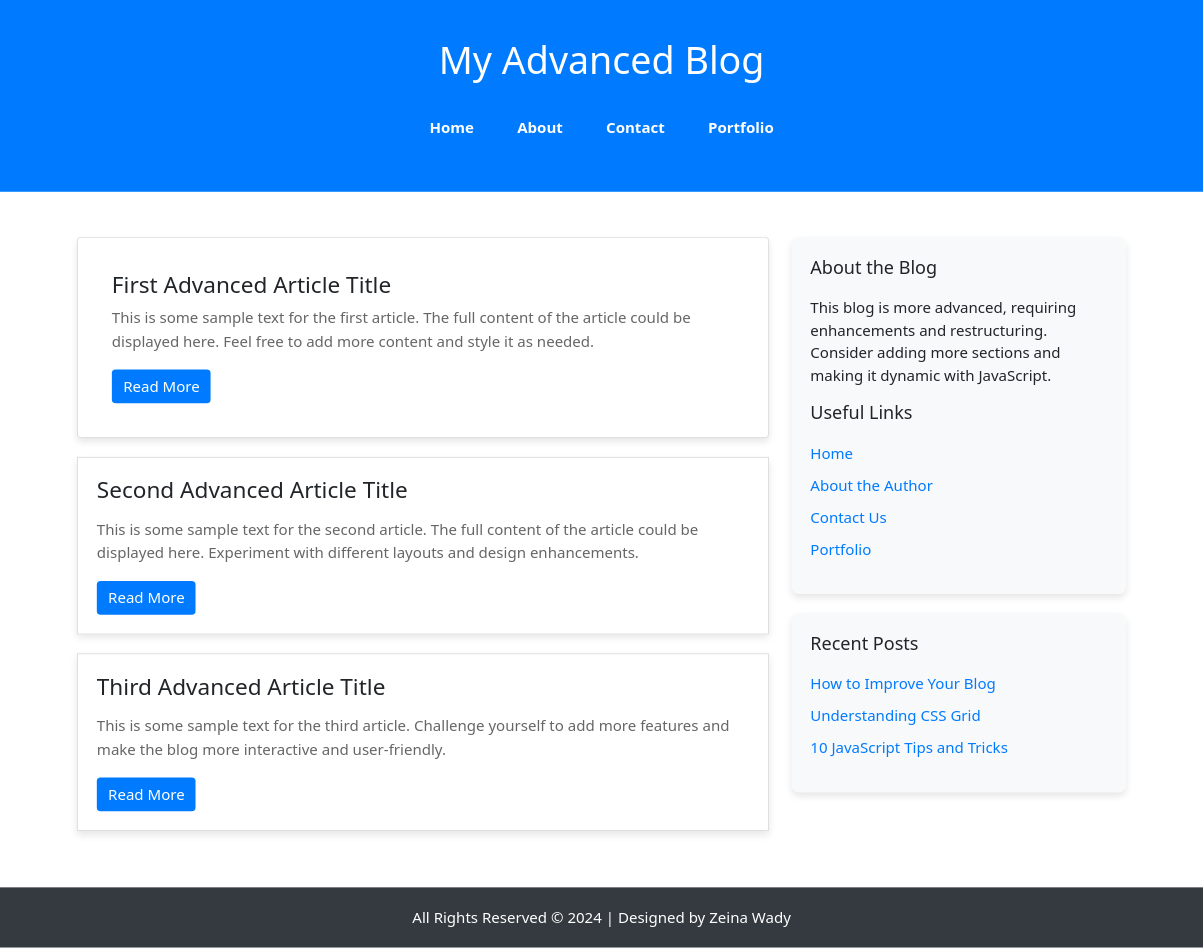
Repository: zeinawady/Blog-Code-Refactoring
Page: index.html
These files come from the project's save history. The page is drawn as it stood at one moment and after a run of saves; the edit follows.
The browser window is 1280 px wide. The pictures show the whole page, at 94% of full size.

Above is the page before, as saved 2024-09-23 14:55:41.

### index.html
<!DOCTYPE html>
<html lang="en">
  <head>
    <meta charset="UTF-8" />
    <meta name="viewport" content="width=device-width, initial-scale=1.0" />
    <title>My Advanced Blog</title>
    <link rel="stylesheet" href="style.css">
    <link
      href="https://cdn.jsdelivr.net/npm/bootstrap@5.1.3/dist/css/bootstrap.min.css"
      rel="stylesheet"
    />

  </head>
  <body>
    <header>
      <h1 class="text-center text-white">My Advanced Blog</h1>
      <nav class="navbar navbar-expand-lg bg-body-tertiary">
        <div class="container">

          <button class="navbar-toggler ms-auto" type="button" data-bs-toggle="collapse" data-bs-target="#navbarNavAltMarkup" aria-controls="navbarNavAltMarkup" aria-expanded="false" aria-label="Toggle navigation">
            <span class="navbar-toggler-icon">click</span>
          </button>
          <div class="collapse navbar-collapse justify-content-center" id="navbarNavAltMarkup">
            <div class="navbar-nav">
              <a class="nav-link active text-white" aria-current="page" href="#">Home</a>
              <a class="nav-link text-white" href="#">About</a>
              <a class="nav-link text-white" href="#">Contact</a>
              <a class="nav-link text-white" href="#">Portfolio</a>
            </div>
          </div>
        </div>
      </nav>

    </header>

    <div class="container mt-5">
      <div class="row">
        <div class="col-lg-8">

          <article class="card">
            <div class="card-body">
            <h2 class="card-title">First Advanced Article Title</h2>
            <p class="card-text">
              This is some sample text for the first article. The full content
              of the article could be displayed here. Feel free to add more
              content and style it as needed.
            </p>
            <button class="btn btn-primary">Read More</button>
         </div>
        </article>

          <article>
            <h2>Second Advanced Article Title</h2>
            <p>
              This is some sample text for the second article. The full content
              of the article could be displayed here. Experiment with different
              layouts and design enhancements.
            </p>
            <button class="btn btn-primary">Read More</button>
          </article>
          <article>
            <h2>Third Advanced Article Title</h2>
            <p>
              This is some sample text for the third article. Challenge yourself
              to add more features and make the blog more interactive and
              user-friendly.
            </p>
            <button class="btn btn-primary">Read More</button>
          </article>
        </div>
        <div class="col-md-4">
          <aside>
            <h3>About the Blog</h3>
            <p>
              This blog is more advanced, requiring enhancements and
              restructuring. Consider adding more sections and making it dynamic
              with JavaScript.
            </p>
            <h3>Useful Links</h3>
            <ul>
              <li><a href="#">Home</a></li>
              <li><a href="#">About the Author</a></li>
              <li><a href="#">Contact Us</a></li>
              <li><a href="#">Portfolio</a></li>
            </ul>
          </aside>
          <aside>
            <h3>Recent Posts</h3>
            <ul>
              <li><a href="#">How to Improve Your Blog</a></li>
              <li><a href="#">Understanding CSS Grid</a></li>
              <li><a href="#">10 JavaScript Tips and Tricks</a></li>
            </ul>
          </aside>
        </div>
      </div>
    </div>

    <footer>
      <p>All Rights Reserved © 2024 | Designed by Zeina Wady</p>
    </footer>

    <script src="https://cdn.jsdelivr.net/npm/bootstrap@5.1.3/dist/js/bootstrap.bundle.min.js"></script>
  </body>
</html>

### style.css
body {
    font-family: Arial, sans-serif;
    background-color: #f4f4f9;
  }
  :root{
    --main-color:#007bff;
  }
  header {
    background-color: var(--main-color);
    /* color: white; */
    padding: 40px 0;
    /* text-align: center; */
    position: relative;
  }
  header::after {
    content: "";
    position: absolute;
    bottom: -20px;
    left: 50%;
    transform: translateX(-50%);
    width: 100px;
    height: 5px;
    background-color: white;
  }
  .navbar {
    display: flex;
    justify-content: center;
    margin-top: 20px;
  }
  nav a {
    color: white;
    margin: 0 15px;
    text-decoration: none;
    font-weight: bold;
  }
  nav a:hover {
    text-decoration: underline;
  }
  article {
    border: 1px solid #ddd;
    margin-bottom: 20px;
    padding: 20px;
    background-color: white;
    box-shadow: 0 4px 8px rgba(0, 0, 0, 0.1);
    transition: transform 0.3s ease, box-shadow 0.3s ease;
  }
 artcile:hover {
    transform: translateY(-5px);
    box-shadow: 0 8px 16px rgba(0, 0, 0, 0.2);
  }
  article h2 {
    font-size: 1.5rem;
    margin-bottom: 15px;
  }
  article p {
    color: #666;
    line-height: 1.6;
  }
  article .btn-primary {
    background-color:var(--main-color);
    border: none;
  }
  article .btn-primary:hover {
    background-color: #0056b3;
  }
  aside {
    background-color: #f8f9fa;
    padding: 20px;
    border-radius: 8px;
    box-shadow: 0 4px 8px rgba(0, 0, 0, 0.1);
    margin-bottom: 20px;
  }
  aside h3 {
    margin-bottom: 20px;
    font-size: 1.2rem;
  }
  aside ul {
    list-style-type: none;
    padding-left: 0;
  }
  aside ul li {
    margin-bottom: 10px;
  }
  aside ul li a {
    color: var(--main-color);
    text-decoration: none;
  }
  aside ul li a:hover {
    text-decoration: underline;
  }
  footer {
    background-color: #343a40;
    color: white;
    text-align: center;
    padding: 20px;
    margin-top: 40px;
  }
  footer p {
    margin: 0;
  }

After the next 2 saves:
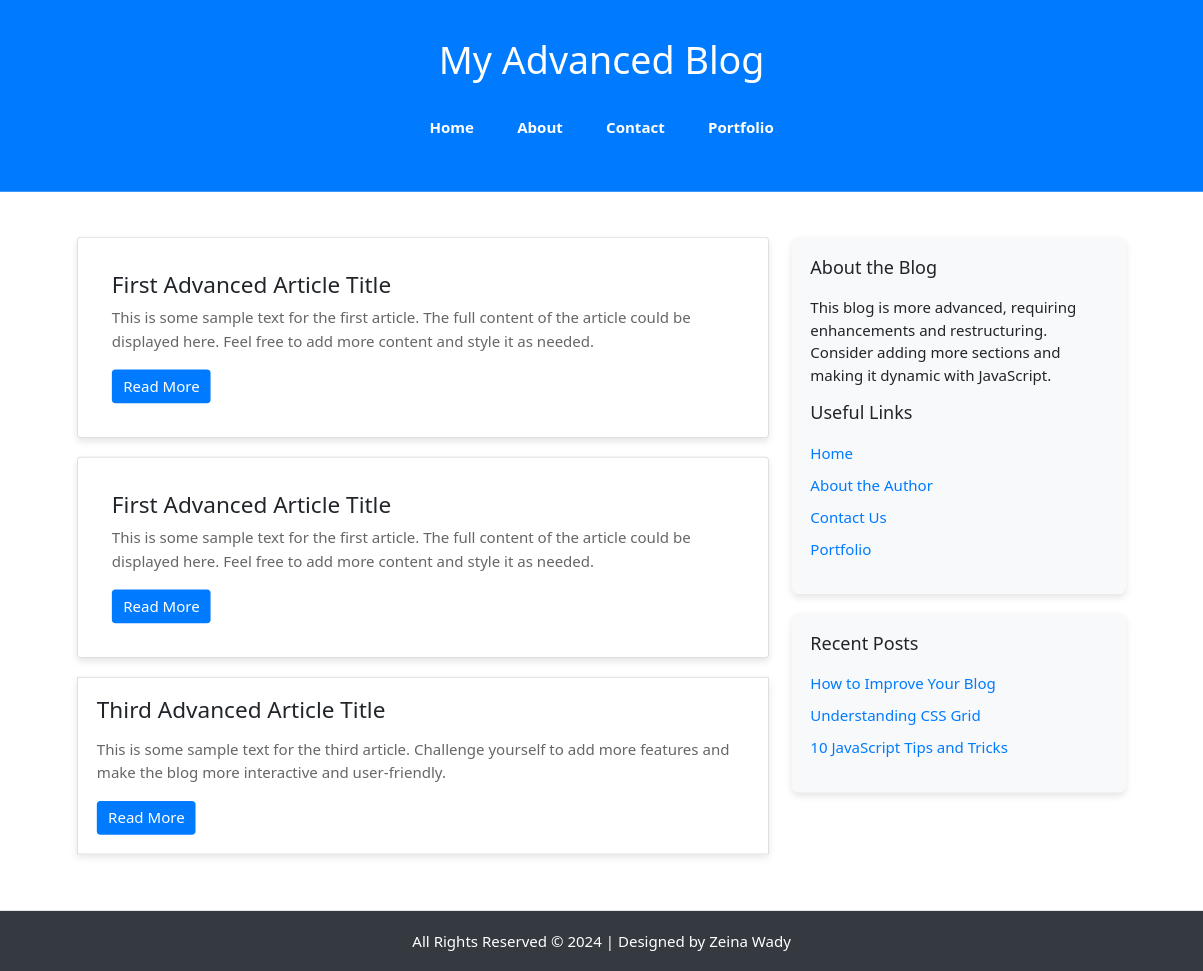
The 2 saves are shown as one change because they came seconds apart.
The last was saved 10 s later.
--- a/index.html
+++ b/index.html
@@ -49,15 +49,18 @@
          </div>
         </article>
 
-          <article>
-            <h2>Second Advanced Article Title</h2>
-            <p>
-              This is some sample text for the second article. The full content
-              of the article could be displayed here. Experiment with different
-              layouts and design enhancements.
-            </p>
-            <button class="btn btn-primary">Read More</button>
-          </article>
+        <article class="card">
+          <div class="card-body">
+          <h2 class="card-title">First Advanced Article Title</h2>
+          <p class="card-text">
+            This is some sample text for the first article. The full content
+            of the article could be displayed here. Feel free to add more
+            content and style it as needed.
+          </p>
+          <button class="btn btn-primary">Read More</button>
+       </div>
+      </article>
+
           <article>
             <h2>Third Advanced Article Title</h2>
             <p>
